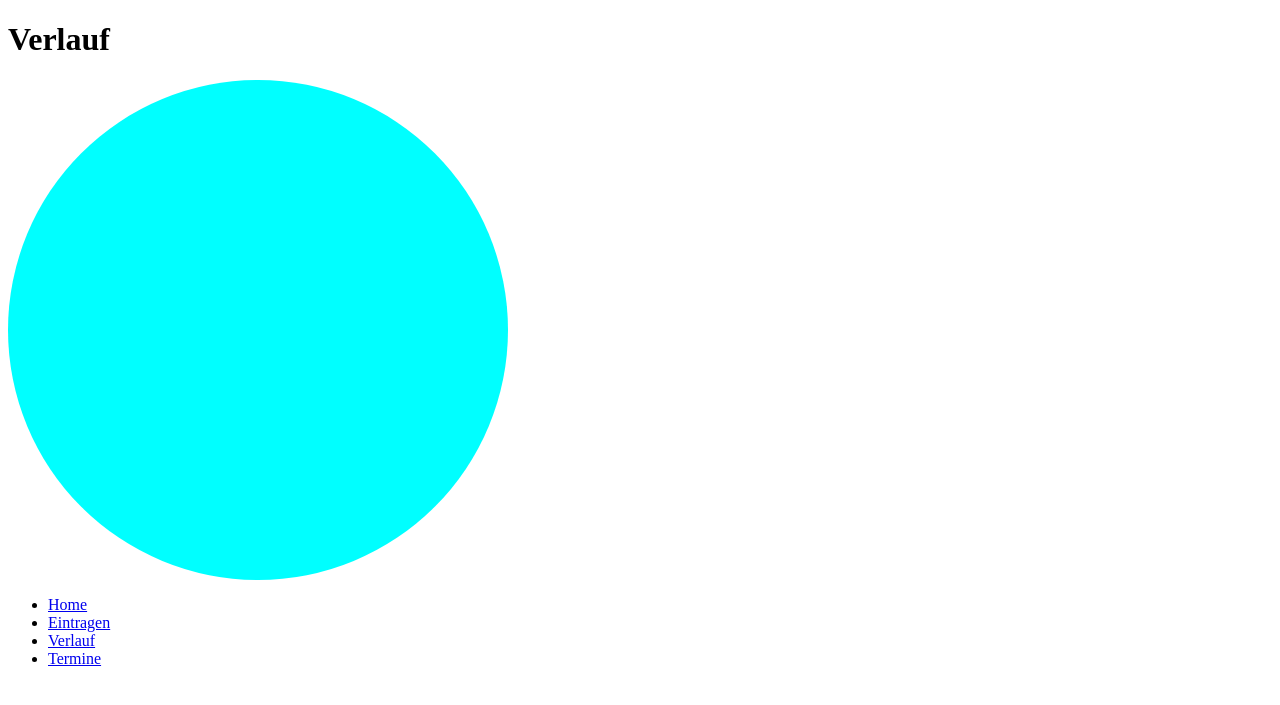
Repository: jakemoes/Pet-Tracker
Page: PWA/trend.html
The author's editor kept a copy of each file at every save. The page is drawn from the files as they stood at one save, then again after a run of saves.
The browser window is 1280 px wide. The pictures show the whole page.

Above is the page before, as saved 2024-12-05 00:59:58.

### PWA/trend.html
<!DOCTYPE html>
<html>
    <head>
        <meta charset="UTF-8">
        <meta name="viewport" content="width=device-width, initial-scale=1.0">
        <title>Verlauf</title>
        <link rel="stylesheet" href="trend.css">
    </head>

    </head>

    <body>
        <h1>Verlauf</h1>

        <div class="container">
            <div class="layer"></div>
            <div class="layer"></div>
            <div class="layer"></div>
            <div class="layer"></div>
        </div>


        <footer>
            <nav>
                <ul class="nav-bar">
                    <li><a href="welcome.html">Home</a></li>
                    <li><a href="#">Eintragen</a></li>
                    <li><a href="trend.html">Verlauf</a></li>
                    <li><a href="appointment.html">Termine</a></li>
                </ul>
            </nav>
        </footer>
    </body>




</html>

### PWA/trend.css
.container {
    position: relative;
    width: 500px;
    height: 500px;
    background-color: transparent;
    border-radius: 50%;
    overflow: hidden;
}

.layer {
    position: absolute;
    width: 100%;
    height: 100%;
    transform-origin: 0px 250px;
    left: 0;
    top: 0;
    overflow: hidden;
}

.layer::before {
    content: "";
    width: 100%;
    height: 100%;
    position: absolute;
    background-color: transparent;
    transform-origin: 0px 250px;
    top: 0;
    left: 0;
}
 .layer:nth-child(1) {
    background-color: aqua;
    transform: translate();
 }

After the next 3 saves:
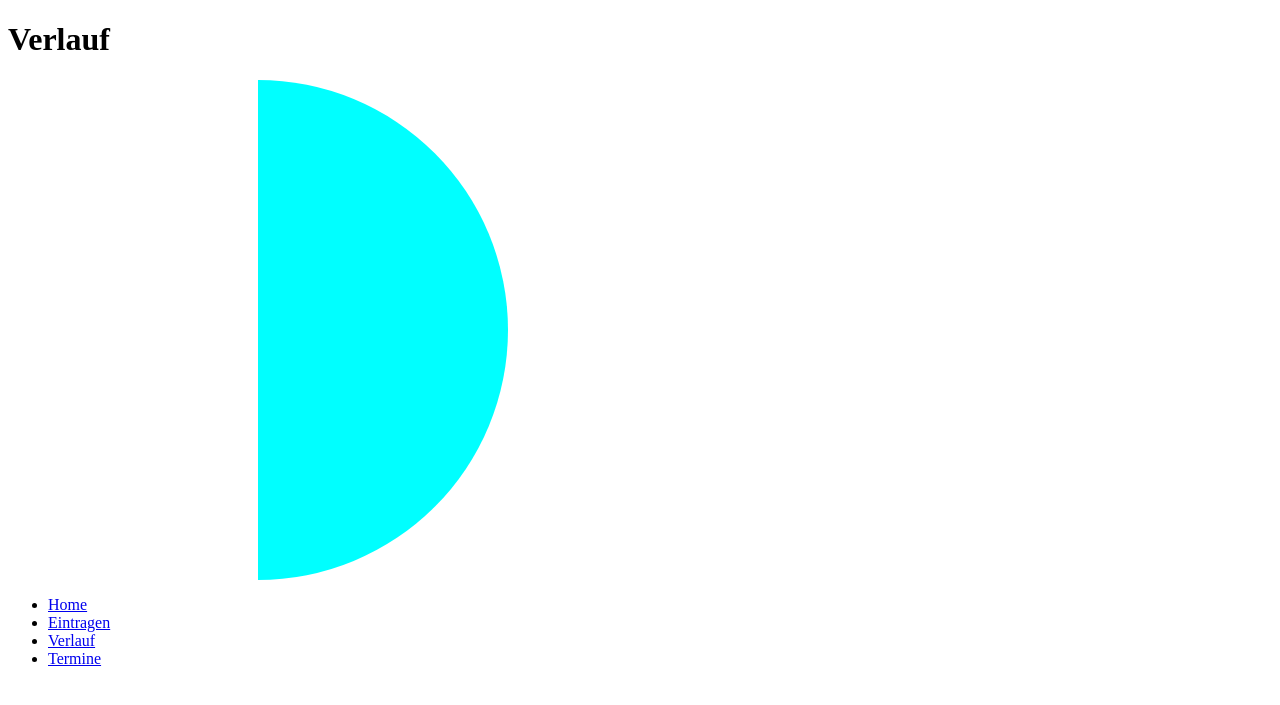
The 3 saves are shown as one change because they came seconds apart.
The last was saved 9 s later.
--- a/PWA/trend.css
+++ b/PWA/trend.css
@@ -29,5 +29,5 @@
 }
  .layer:nth-child(1) {
     background-color: aqua;
-    transform: translate();
+    transform: translateX(250px);
  }

After the 2 saves that followed:
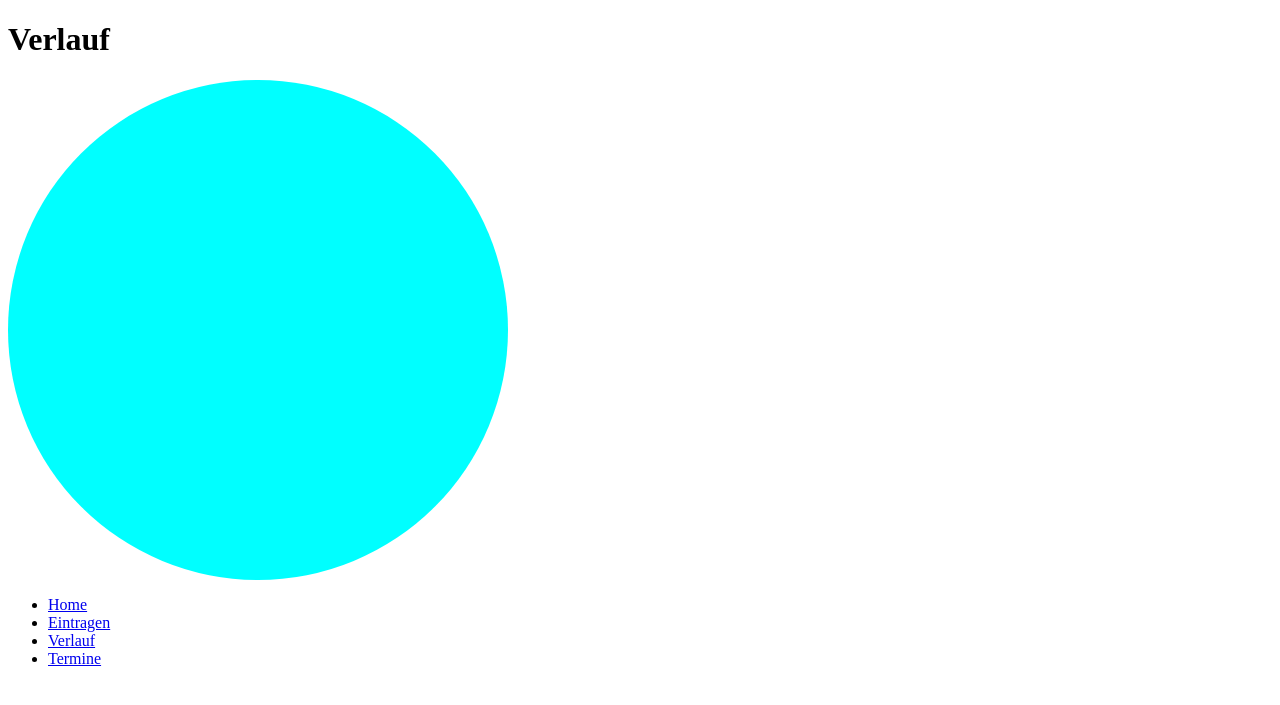
The 2 saves are shown as one change because they came seconds apart.
The last was saved 8 s later.
--- a/PWA/trend.css
+++ b/PWA/trend.css
@@ -29,5 +29,5 @@
 }
  .layer:nth-child(1) {
     background-color: aqua;
-    transform: translateX(250px);
+    transform: translateX(250px) rotate(0d);
  }
